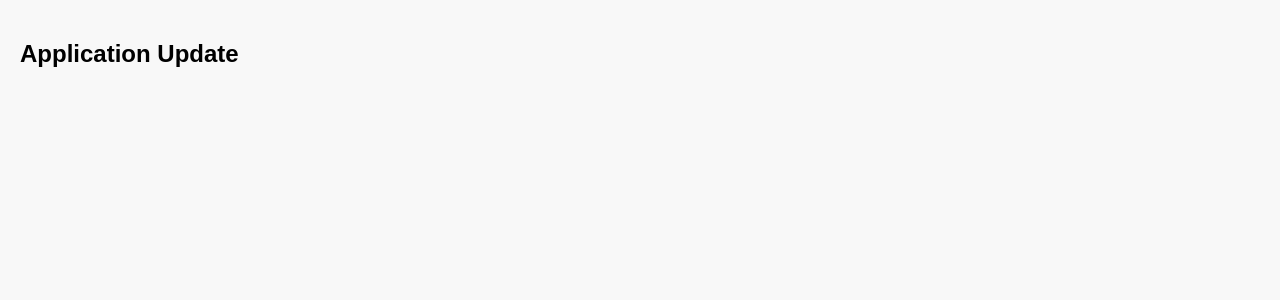
Repository: ankitgujre01/html-template-design
Page: practice2.html
The author's editor kept a copy of each file at every save. The page is drawn from the files as they stood at one save, then again after a run of saves.
The browser window is 1280 px wide. The pictures show the whole page.

Above is the page before, as saved 2025-05-16 21:49:44.

### practice2.html
<!DOCTYPE html>
<html lang="en">
    <head>
        <style>
            body{
                font-family: Arial, sans-serif;
                background-color: #f8f8f8;
                padding: 20px;
                margin: 0;
                box-sizing: border-box;
            }
            .container{
                background-color:
            }
        </style>
    </head>
    <body>
        <div class="container">
            <div class="header">
                <h2>Application Update</h2>
            </div>

        </div>
    </body>

After the next 3 saves:
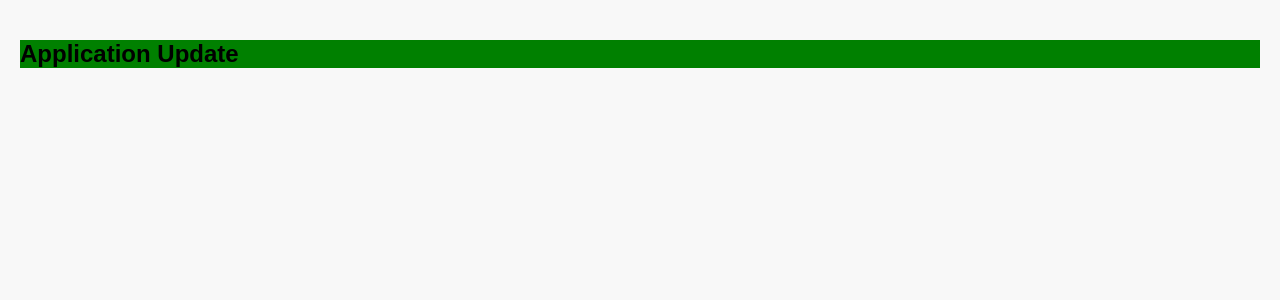
The 3 saves are shown as one change because they came seconds apart.
The last was saved 8 s later.
--- a/practice2.html
+++ b/practice2.html
@@ -10,7 +10,7 @@
                 box-sizing: border-box;
             }
             .container{
-                background-color:
+                background-color: green;
             }
         </style>
     </head>
